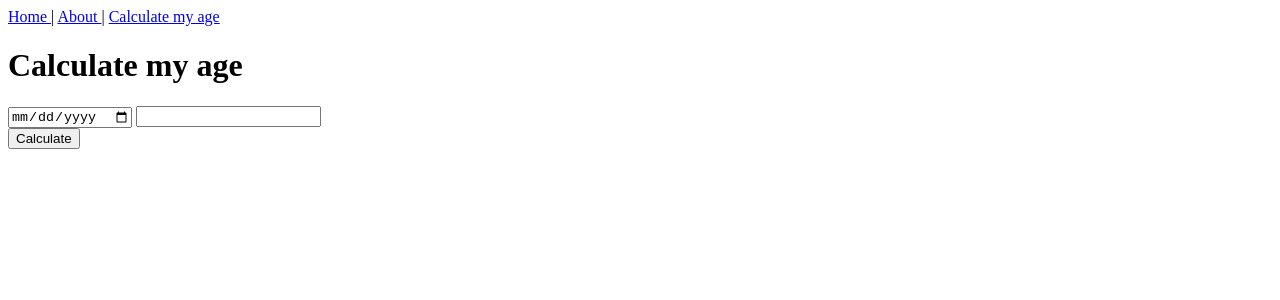
Repository: fahjan/routs-project
Page: http://localhost/date_of_birth
An editor plug-in stored every save of this project. The page is shown before and after the next save, followed by the edit.
The browser window is 1280 px wide. The pictures show the whole page.
Some web fonts or font styles are not loaded; a fallback is used. The page is served by the project's Laravel application, run on PHP 8.4 with Laravel 12.

Above is the page before, as saved 2025-12-27 08:42:09.

After the next save:
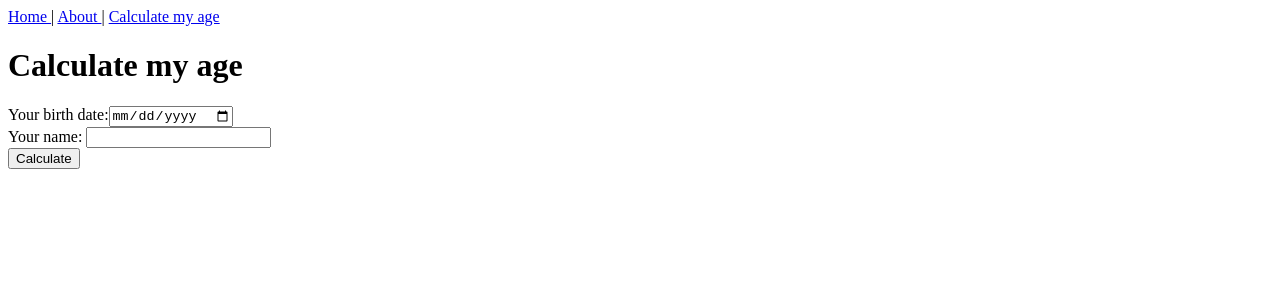
Saved 21 s later.
--- a/resources/views/date_of_birth_form.blade.php
+++ b/resources/views/date_of_birth_form.blade.php
@@ -5,9 +5,9 @@
 
     <form action=" {{ route('calculate_age') }} " method="post">
         @csrf
-        <input type="date" name="date_of_birth" value="">
-
-        <input type="text" name="your_name">
+        Your birth date:<input type="date" name="date_of_birth" value="">
+        <br>
+        Your name: <input type="text" name="your_name">
         <br>
         <button type="submit">Calculate</button>
     </form>
